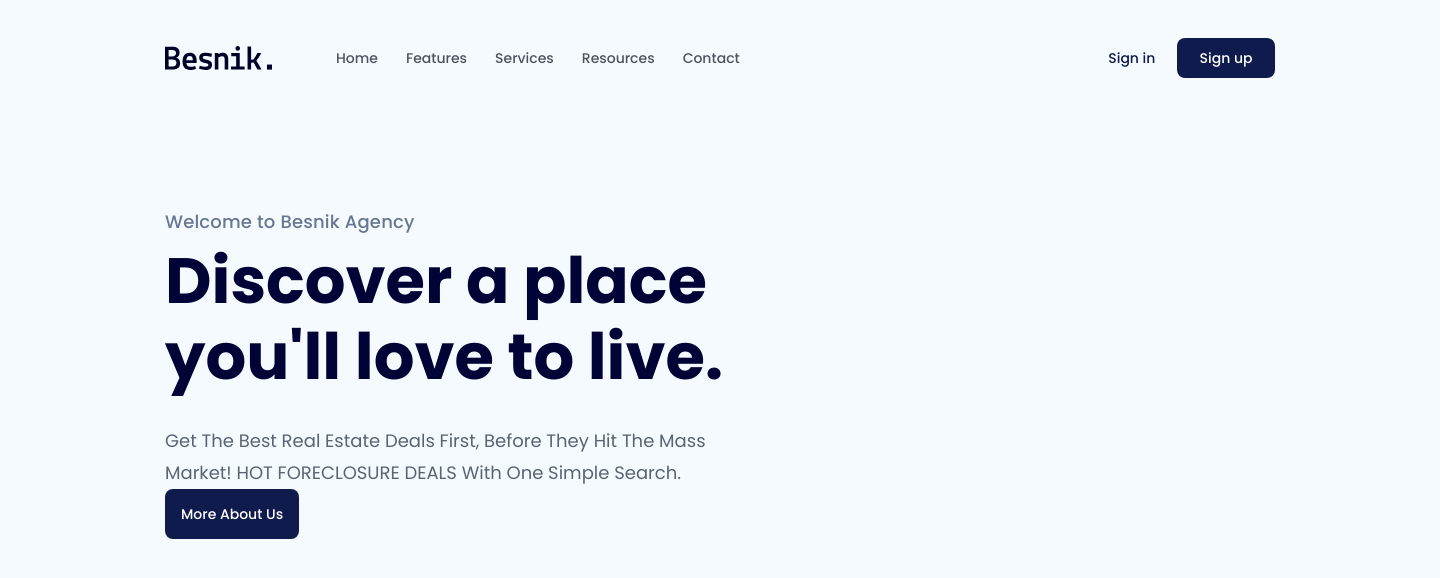
Repository: Tctiensk/f8-htmlcss-01
Page: index.html
An editor plug-in stored every save of this project. The page is shown before and after the next save, followed by the edit.
The browser window is 1280 px wide. The page is 1440 px wide, so the pictures cover 1440 px, including what lies to the right of the window. The pictures show the whole page.

Above is the page before, as saved 2022-11-30 00:21:37.

After the next save:
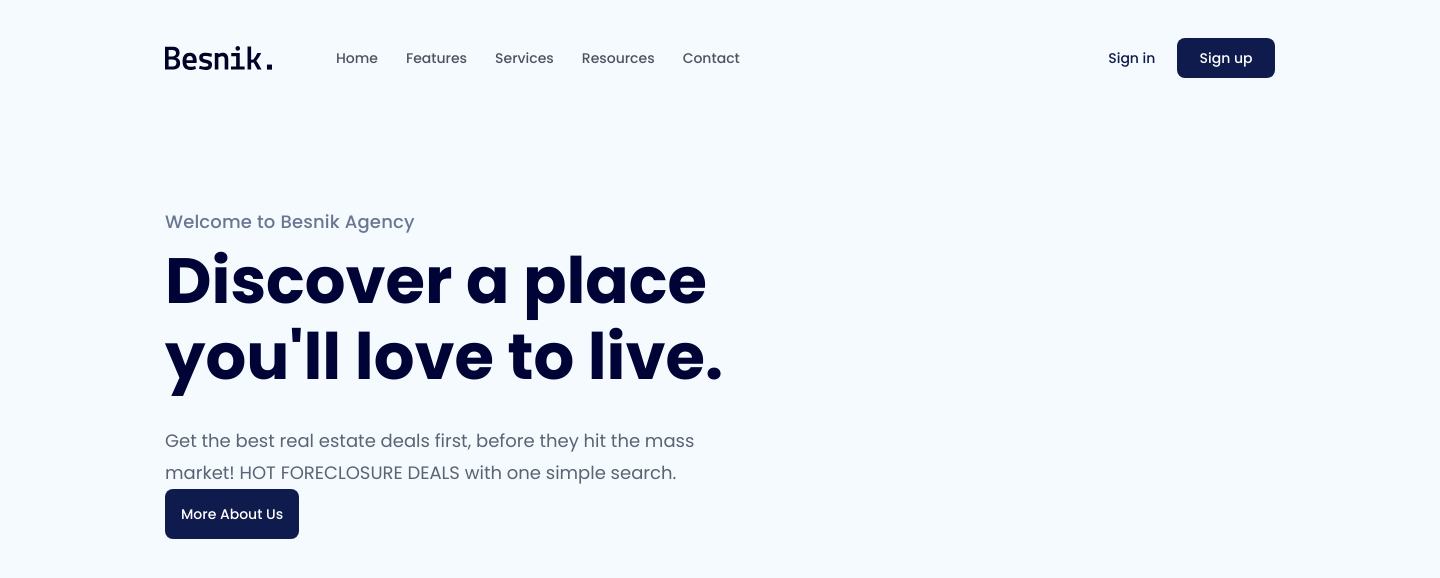
Saved 4 s later.
--- a/assets/css/style.css
+++ b/assets/css/style.css
@@ -99,6 +99,5 @@
     font-weight: 400;
     font-size: 18px;
     line-height: 32px;
-    text-transform: capitalize;
     color: #5a6473;
 }
